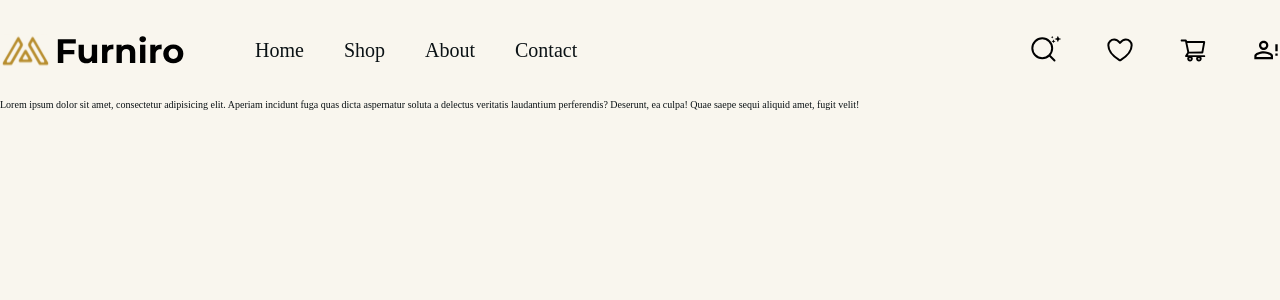
Repository: binhphanbp/furniro-interior_website
Page: index.html
These files come from the project's save history. The page is drawn as it stood at one moment and after the next save; the edit follows.
The browser window is 1280 px wide. The pictures show the whole page.

Above is the page before, as saved 2025-02-19 22:48:36.

### index.html
<!DOCTYPE html>
<html lang="en">
  <head>
    <meta charset="UTF-8" />
    <meta name="viewport" content="width=device-width, initial-scale=1.0" />
    <title>Furniro</title>

    <!-- Favicon -->
    <link rel="shortcut icon" href="./icons/favicon.ico" type="image/x-icon" />
    <link rel="icon" href="./icons/favicon.ico" type="image/x-icon" />

    <!-- Link CSS -->
    <link rel="stylesheet" href="./src/assets/styles/main.css" />
  </head>
  <body class="homepage">
    <!-- PROGRESS BAR -->
    <div class="progress-container">
      <div class="progress-bar"></div>
    </div>

    <!-- HEADER -->

    <header class="header">
      <div class="container">
        <nav class="header__menu">
          <a class="header__logo" href="#">
            <img src="./icons/furniro-logo-type.svg" alt="logo-furniro" />
          </a>
          <ul class="header__menu-list">
            <li>
              <a href="" class="avtive">home</a>
            </li>
            <li>
              <a href="">shop</a>
            </li>
            <li>
              <a href="">about</a>
            </li>
            <li>
              <a href="">contact</a>
            </li>
          </ul>
        </nav>
        <ul class="header__icons">
          <a href="#" class="header__icons-item">
            <img src="./icons/icon-search.svg" alt="icon-search" />
          </a>
          <a href="#" class="header__icons-item">
            <img src="./icons/icon-heart.svg" alt="icon-heart" />
          </a>
          <a href="#" class="header__icons-item">
            <img src="./icons/icon-cart.svg" alt="icon-cart"
          /></a>
          <a href="#" class="header__icons-item">
            <img src="./icons/icon-account-alert.svg" alt="icon-account" />
          </a>
        </ul>
      </div>
    </header>

    <!-- MAIN -->
    <main class="main">
      <p>
        Lorem ipsum dolor sit amet, consectetur adipisicing elit. Aperiam
        incidunt fuga quas dicta aspernatur soluta a delectus veritatis
        laudantium perferendis? Deserunt, ea culpa! Quae saepe sequi aliquid
        amet, fugit velit!
      </p>
      <!-- Section Hero -->
      <section class="schero">
        <div class="container"></div>
      </section>

      <!-- Section Menu -->
      <section class="scmenu">
        <div class="container"></div>
      </section>

      <!-- Section Services -->
      <section class="scservices">
        <div class="container"></div>
      </section>

      <!-- Section Delivery -->
      <section class="scdelivery">
        <div class="container"></div>
      </section>

      <!-- Section Our Customers -->
      <section class="sccustomers">
        <div class="container"></div>
      </section>

      <!-- Section Our Blog -->
      <section class="scblog">
        <div class="container"></div>
      </section>
    </main>

    <!-- FOOTER -->
    <footer class="footer">
      <div class="container"></div>
    </footer>

    <!-- JavaScript -->
    <script type="module" src="./src/scripts/main.js"></script>
  </body>
</html>

### src/assets/styles/main.css
/* Reset CSS */
@import './base/reset.css';

/* Font */
@import './base/variables.css';
@import './base/fonts.css';

/* Layouts (General Structure) */
@import './base/layouts.css';

/* Components */
@import './components/header.css';
@import './components/footer.css';
@import './components/components.css';

/* Pages */
@import './pages/home.css';
@import './pages/shop.css';
@import './pages/shop-details.css';
@import './pages/cart.css';
@import './pages/checkout.css';
@import './pages/product-comparison.css';
@import './pages/blog.css';
@import './pages/contact.css';

### src/assets/styles/base/reset.css
* {
  margin: 0;
  padding: 0;
  border: 0;
  font-size: 100%;
  font: inherit;
  vertical-align: baseline;
  box-sizing: border-box;
}
body {
  line-height: 1;
}
ol,
ul {
  list-style: none;
}
blockquote,
q {
  quotes: none;
}
blockquote:before,
blockquote:after,
q:before,
q:after {
  content: '';
  content: none;
}
table {
  border-collapse: collapse;
  border-spacing: 0;
}
img,
object,
embed {
  max-width: 100%;
}

a {
  text-decoration: none;
  outline: 0;
}
strong {
  font-family: db;
}
sub {
  vertical-align: sub;
  font-size: smaller;
}
sup {
  vertical-align: super;
  font-size: smaller;
}

### src/assets/styles/base/variables.css
:root {
  /* Page Setting Variables */
  --max-width-page: 2560px;
  --max-width-container-fluid: 1920px;
  --max-width-container: calc(1236px + calc(var(--gap) * 2));

  --gap: 30px;
  --pd-left-right: 20px;

  /* Color Variables */
  --primary-cl: #b88e2f;
  --primary-cl-hover: #d3ac51;
  --secondary-cl: #fff3e3;
  --tertiary-cl: #f3e9dc;

  --white-page-cl: #f9f6ee;
  --black-cl: #0b1215;

  --gray-dark-cl: #898989;
  --gray-light-cl: #9f9f9f;
  --product-hover: #3a3a3a;

  --red-cl: #e97171;
  --green-cl: #2ec1ac;
  --purple-cl: #816dfa;

  /* Font-size, Line-height, Letter-spacing Variables: */
  --fs-h1: 5.6rem;
  --lh-h1: 6.5rem;
  --ls-h1: 2px;

  --fs-h2: 4rem;
  --lh-h2: 4.8rem;
  --ls-h2: 0.25px;

  --fs-h3: 2.4rem;
  --lh-h3: 2.8rem;
  --ls-h3: 0.1px;

  --fs-text-button: 1.6rem;
  --lh-text-button: 2.4rem;
  --ls-text-button: 0.2px;

  --fs-body: 1.6rem;
  --lh-body: 2.4rem;
  --ls-body: 0.2px;

  /* Fonts: */
  --font-body: ppr;
  --font-body-light: ppl;
  --font-body-medium: ppm;
  --font-body-semibold: ppsb;
  --font-body-bold: ppb;

  /* General Variables */
  --height-header: 100px;
  --height-footer: 505px;
  --height-button: 48px;
  --height-button-medium: 64px;
  --height-button-large: 74px;
  --pd-section: 60px;

  /* Timing Transition Variables: */
  --duration: 0.4s;
  --cubic: cubic-bezier(0.59, 0.29, 0.15, 0.93);
}

### src/assets/styles/base/fonts.css
@font-face {
  font-family: 'ppl';
  src: url('../../fonts/Poppins-Light.woff2') format('woff2'),
    url('../../fonts/Poppins-Light.woff') format('woff');
  font-weight: 300;
  font-style: normal;
  font-display: swap;
}

@font-face {
  font-family: 'ppr';
  src: url('../../fonts/Poppins-Regular.woff2') format('woff2'),
    url('../../fonts/Poppins-Regular.woff') format('woff');
  font-weight: normal;
  font-style: normal;
  font-display: swap;
}

@font-face {
  font-family: 'ppm';
  src: url('../../fonts/Poppins-Medium.woff2') format('woff2'),
    url('../../fonts/Poppins-Medium.woff') format('woff');
  font-weight: 500;
  font-style: normal;
  font-display: swap;
}

@font-face {
  font-family: 'ppsb';
  src: url('../../fonts/Poppins-SemiBold.woff2') format('woff2'),
    url('../../fonts/Poppins-SemiBold.woff') format('woff');
  font-weight: 600;
  font-style: normal;
  font-display: swap;
}

@font-face {
  font-family: 'ppb';
  src: url('../../fonts/Poppins-Bold.woff2') format('woff2'),
    url('../../fonts/Poppins-Bold.woff') format('woff');
  font-weight: bold;
  font-style: normal;
  font-display: swap;
}

### src/assets/styles/base/layouts.css
html {
  font-size: 62.5%;

  scroll-behavior: smooth;

  /* CUSTOM SCROLLBAR */
  /* width */
  ::-webkit-scrollbar {
    width: 10px;
  }
  /* Track */
  ::-webkit-scrollbar-track {
    background: var(--gray-light-cl);
  }
  /* Handle */
  ::-webkit-scrollbar-thumb {
    background: var(--primary-cl);
    border-radius: 40px;
  }
  /* Handle on hover */
  ::-webkit-scrollbar-thumb:hover {
    background: var(--gray-dark-cl);
  }
}

body {
  background-color: var(--white-page-cl);
  color: var(--black-cl);

  /* Custom background-color text selection */
  ::-moz-selection {
    color: var(--white-page-cl);
    background: var(--primary-cl);
  }
  ::selection {
    color: var(--white-page-cl);
    background: var(--primary-cl);
  }
}

.container {
  max-width: var(--max-width-container);
  margin: 0 auto;
}

### src/assets/styles/components/header.css
.header {
  height: var(--height-header);
}

.header .container {
  display: flex;
  align-items: center;
  justify-content: space-between;
  height: 100%;
}

.header .header__menu {
  display: flex;
  align-items: center;
  gap: 50px;
}

/* Header Menu */
.header .header__menu .header__menu-list {
  display: flex;
}

.header .header__menu .header__menu-list li a {
  padding: 8px var(--pd-left-right);
  text-transform: capitalize;
  font-size: 2rem;
  color: var(--black-cl);
}

/* Header Icons */
.header .header__icons {
  display: flex;
  gap: 45px;
}

### src/assets/styles/components/components.css
img {
  max-width: 100%;
  -webkit-user-select: none;
  -moz-user-select: none;
  -ms-user-select: none;
  user-select: none;
  display: block;
  outline: 0;
  object-fit: contain;
}

img .--center {
  margin: 0 auto;
  display: block;
}

.--hidden {
  display: none;
}

/* Progress Bar */
.progress-container {
  position: fixed;
  top: 0;
  left: 0;
  width: 100%;
  height: 5px;
  background: var(--white-page-cl);
}

.progress-bar {
  height: 100%;
  background: var(--primary-cl);
  width: 0%;

  /* Scroll-driven animation */
  animation: grow linear;
  animation-timeline: scroll();
}

@keyframes grow {
  from {
    width: 0%;
  }
  to {
    width: 100%;
  }
}

/* Heading */
.heading {
  font-family: prb;
  color: var(--black-cl);
  text-transform: uppercase;
}
.heading .--h1 {
  font-size: var(--fs-h1);
  line-height: var(--lh-h1);
  letter-spacing: var(--ls-h1);
}
.heading .--h2 {
  font-size: var(--fs-h2);
  line-height: var(--lh-h2);
  letter-spacing: var(--ls-h2);
}
.heading .--h3 {
  font-size: var(--fs-h3);
  line-height: var(--lh-h3);
  letter-spacing: var(--ls-h3);
}
.heading .--primary-cl {
  color: var(--primary-cl);
}
.heading .--gray-light-cl {
  color: var(--gray-light-cl);
}

.textbutton {
  font-family: var(--font-body-semibold);
  font-size: var(--fs-text-button);
  line-height: var(--lh-text-button);
  letter-spacing: var(--ls-text-button);
}
/* Textbox */
.textbox .--align-center {
  text-align: center;
}

.textbox .desc {
  margin-top: 10px;
  color: var(--gray-dark-cl);
}

/* BUTTON */
.btn {
  display: inline-flex;
  align-items: center;
  justify-content: center;
  gap: 10px;
  padding: 0 36px;

  height: var(--height-button);
  font-family: var(--font-body-semibold);
  border: var(--primary-cl) solid 1px;
  background-color: var(--primary-cl);
  color: var(--white-page-cl);

  white-space: nowrap;
  cursor: pointer;
  transition: var(--duration);
  -webkit-transition: var(--duration);
  -moz-transition: var(--duration);
  -ms-transition: var(--duration);
  -o-transition: var(--duration);
}
.btn:hover {
  border: var(--white-page-cl) solid 1px;
  background-color: var(--primary-cl);
  color: var(--primary-cl);
}

.btn .--large {
  height: var(--height-button-large);
  padding: 0 72px;

  font-family: var(--font-body-bold);
  text-transform: uppercase;
}

.btn .--stroke {
  height: 48px;
  padding: 0 78px;
  background-color: transparent;
  color: var(--primary-cl);
  stroke: 1px solid var(--primary-cl);
}
.btn .--stroke:hover {
  background-color: var(--primary-cl);
  color: var(--white-page-cl);
}

.btn .--stroke-black {
  height: 48px;
  padding: 0 48px;
  background-color: transparent;
  color: var(--black-cl);
  stroke: 1px solid var(--black-cl);
}
.btn .--stroke-black:hover {
  background-color: var(--black-cl);
  color: var(--white-page-cl);
}

/* Button Pagination */
.btn-pagination {
  height: 60px;
  padding: 0 27px;

  background-color: var(--secondary-cl);
  color: var(--black-cl);
}
.btn-pagination:hover {
  background-color: var(--primary-cl-hover);
  color: var(--white-page-cl);
}
.btn-pagination .--active {
  background-color: var(--primary-cl);
  color: var(--white-page-cl);
}

Loaded but not shown: src/scripts/main.js (no stored copy; drawn as an empty file); src/assets/styles/components/footer.css (no stored copy; drawn as an empty file); src/assets/styles/pages/home.css (no stored copy; drawn as an empty file); src/assets/styles/pages/shop.css (no stored copy; drawn as an empty file); src/assets/styles/pages/shop-details.css (no stored copy; drawn as an empty file); src/assets/styles/pages/cart.css (no stored copy; drawn as an empty file); src/assets/styles/pages/checkout.css (no stored copy; drawn as an empty file); src/assets/styles/pages/product-comparison.css (no stored copy; drawn as an empty file); src/assets/styles/pages/blog.css (no stored copy; drawn as an empty file); src/assets/styles/pages/contact.css (no stored copy; drawn as an empty file)

After the next save:
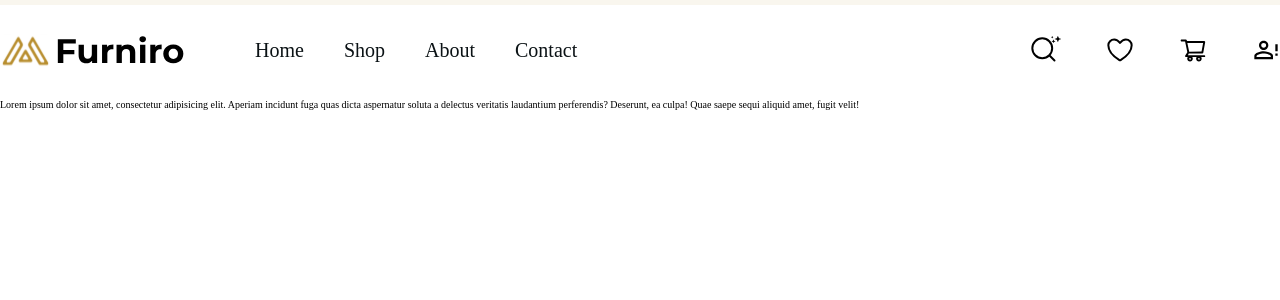
Saved 41 s later.
--- a/src/assets/styles/base/layouts.css
+++ b/src/assets/styles/base/layouts.css
@@ -24,9 +24,6 @@
 }
 
 body {
-  background-color: var(--white-page-cl);
-  color: var(--black-cl);
-
   /* Custom background-color text selection */
   ::-moz-selection {
     color: var(--white-page-cl);

After the save that followed:
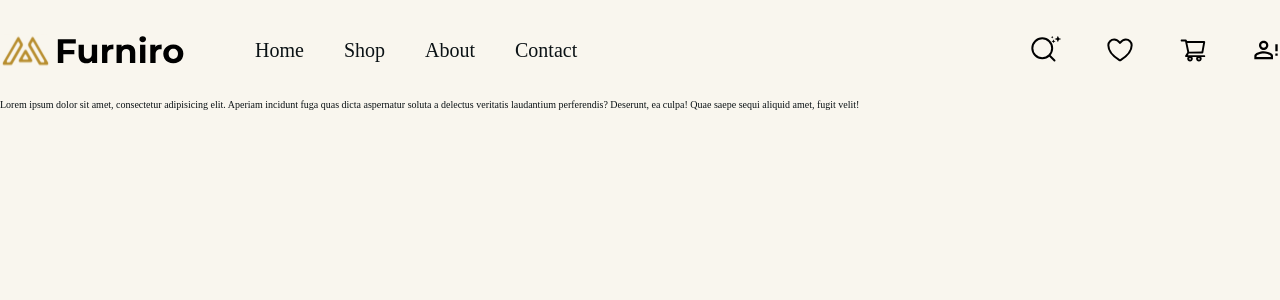
Saved 4 s later.
--- a/src/assets/styles/base/layouts.css
+++ b/src/assets/styles/base/layouts.css
@@ -33,6 +33,9 @@
     color: var(--white-page-cl);
     background: var(--primary-cl);
   }
+
+  background-color: var(--white-page-cl);
+  color: var(--black-cl);
 }
 
 .container {
